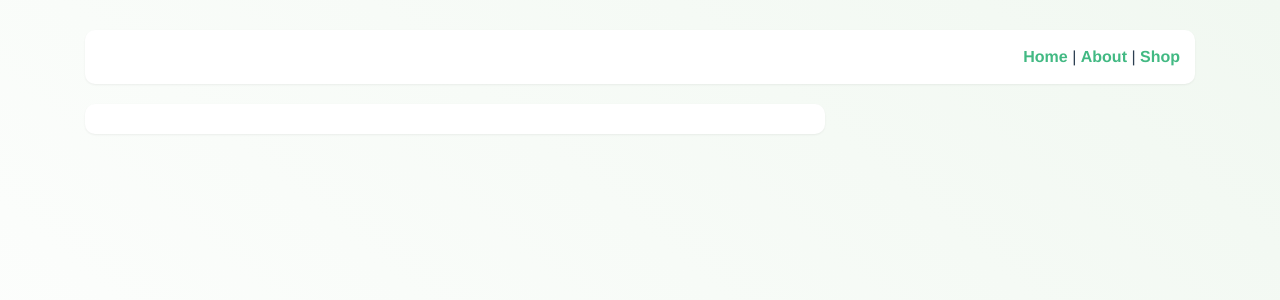
Repository: ramcd86/vuetest
Page: /#/shop
These files come from the project's save history. The page is drawn as it stood at one moment and after the next save; the edit follows.
The browser window is 1280 px wide. The pictures show the whole page.
The project was rebuilt for these pictures with package versions that can differ from the ones it lists, and the page was loaded fresh each time. Requests to the local data server were answered from the project's data file. Also part of the build but not shown: src/components/HelloWorld.vue, src/views/Home.vue.

Above is the page before, as saved 2019-07-08 11:35:38.

After the next save:
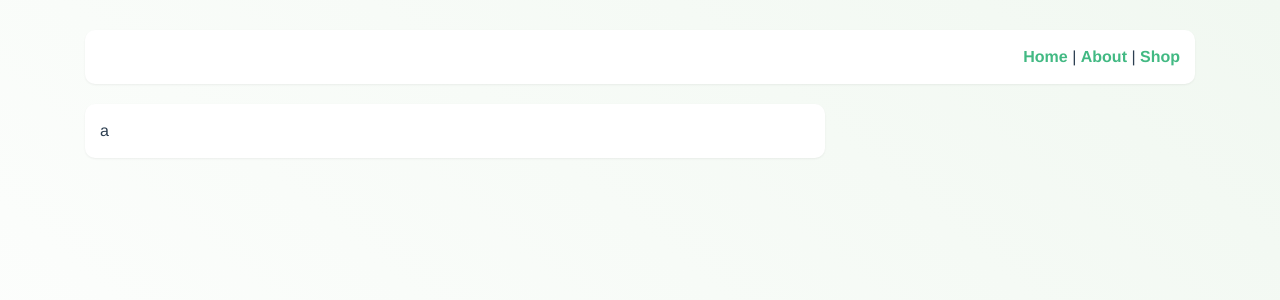
Saved 5 s later.
--- a/src/components/ProductList.vue
+++ b/src/components/ProductList.vue
@@ -6,6 +6,7 @@
                 <div v-for="item in productData" v-bind:key="item.id">
                     {{item.id}} | {{item.first_name}} {{item.last_name}} | {{item.email}}
                 </div>
+                a
         </div>
     </div>
 </template>
